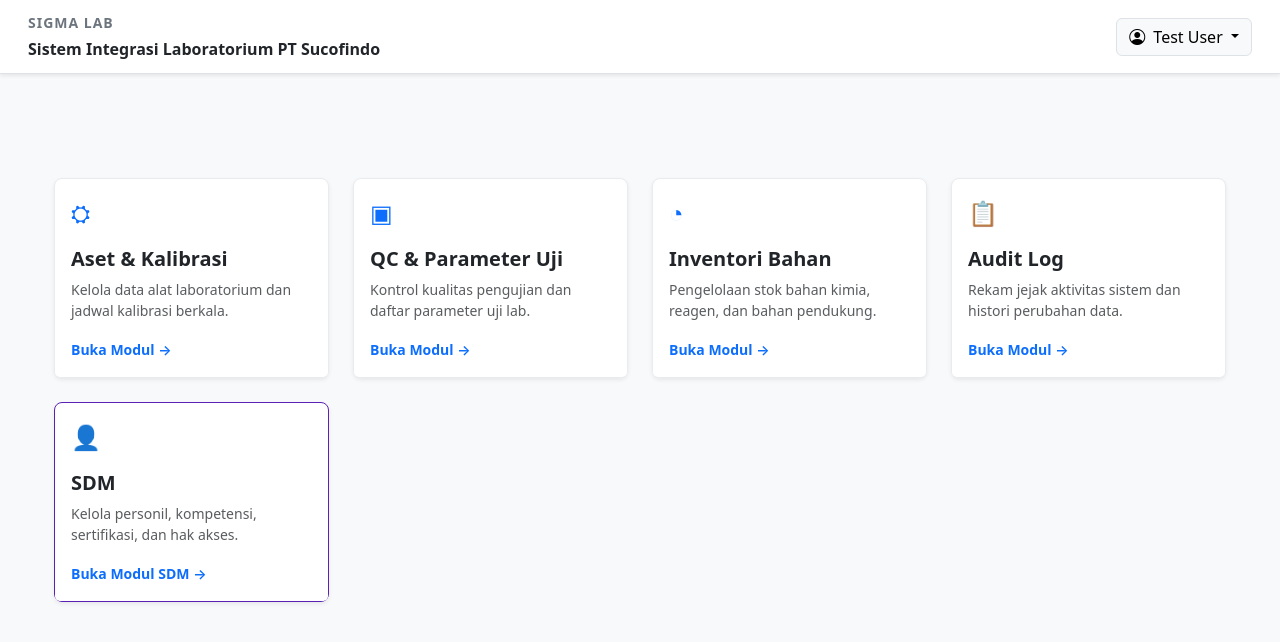
Repository: amelianeesa/sigmalab
Page: http://localhost/dashboard
These files come from the project's save history. The page is drawn as it stood at one moment and after the next save; the edit follows.
The browser window is 1280 px wide. The pictures show the whole page.
The page is served by the project's Laravel application, run on PHP 8.4 with Laravel 12. A made-up administrator, Test User (test@example.com), is signed in. Other server files are loaded and not shown.

Above is the page before, as saved 2026-08-06 11:49:31.

### routes/web.php
<?php

use Illuminate\Support\Facades\Route;
use App\Http\Controllers\AuthController;
use App\Http\Controllers\SdmController;

Route::get('/', [AuthController::class, 'showLogin']);
Route::get('/login', [AuthController::class, 'showLogin'])->name('login');
Route::post('/login', [AuthController::class, 'processLogin'])->name('login.process');

Route::get('/register', [AuthController::class, 'showRegister'])->name('register');
Route::post('/register', [AuthController::class, 'processRegister'])->name('register.process');

Route::post('/logout', [AuthController::class, 'logout'])->name('logout');

Route::middleware(['auth'])->group(function () {

    Route::get('/dashboard', function () {
        return view('dashboard-index');
    })->name('dashboard');

    Route::get('/sdm', [SdmController::class, 'index'])->name('sdm.index');
    Route::get('/sdm/create', [SdmController::class, 'create'])->name('sdm.create');
    Route::post('/sdm', [SdmController::class, 'store'])->name('sdm.store');
    Route::get('/sdm/{id}/edit', [SdmController::class, 'edit'])->name('sdm.edit');
    Route::put('/sdm/{id}', [SdmController::class, 'update'])->name('sdm.update');
    Route::delete('/sdm/{id}', [SdmController::class, 'destroy'])->name('sdm.destroy');
    Route::patch('/sdm/{id}/aktifkan', [SdmController::class, 'activate'])->name('sdm.activate');
    Route::delete('/sdm/{id}/permanen', [SdmController::class, 'forceDestroy'])->name('sdm.force-destroy');

    Route::get('/sdm/{id}/kompetensi', [SdmController::class, 'kompetensiDetail'])->name('sdm.kompetensi.detail');
    Route::post('/sdm/{id}/kompetensi', [SdmController::class, 'storeKompetensi'])->name('sdm.kompetensi.store');
    Route::put('/sdm/{id}/kompetensi/{kompetensiId}', [SdmController::class, 'updateKompetensi'])->name('sdm.kompetensi.update');
    Route::delete('/sdm/{id}/kompetensi/{kompetensiId}', [SdmController::class, 'destroyKompetensi'])->name('sdm.kompetensi.destroy');
    Route::get('/sdm/{id}/cv', [SdmController::class, 'showCv'])->name('sdm.cv');
});

### app/Models/User.php
<?php

namespace App\Models;

use Illuminate\Database\Eloquent\Factories\HasFactory;
use Illuminate\Foundation\Auth\User as Authenticatable;
use Illuminate\Notifications\Notifiable;

class User extends Authenticatable
{
    use HasFactory, Notifiable;

    protected $table = 'users';
    protected $primaryKey = 'users_id';

    protected $fillable = [
        'personil_id',
        'username',
        'email',
        'password',
        'role_id',
        'status_aktif',
    ];

    protected $hidden = [
        'password',
    ];

    public function personil()
    {
        return $this->belongsTo(Personil::class, 'personil_id', 'personil_id');
    }

    public function role()
    {
        return $this->belongsTo(Role::class, 'role_id', 'roles_id');
    }
}

### resources/views/dashboard-index.blade.php
@extends('layouts.app')

@section('content')
<div class="container-fluid px-4 py-4">


    <!-- Modul Tiles -->
    <div class="row g-4">

        <!-- Aset & Kalibrasi -->
        <div class="col-12 col-sm-6 col-md-4 col-lg-3">
            <a href="#" class="text-decoration-none">
                <div class="card h-100 shadow-sm rounded-3 border border-light-subtle transition-card">
                    <div class="card-body">
                        <div class="mb-3 text-primary" style="font-size:24px">⛭</div>
                        <h5 class="fw-bold text-dark mb-2">Aset & Kalibrasi</h5>
                        <p class="text-muted small mb-0">Kelola data alat laboratorium dan jadwal kalibrasi berkala.</p>
                    </div>
                    <div class="card-footer bg-white border-0 pt-0 pb-3">
                        <span class="text-primary small fw-semibold">Buka Modul &rarr;</span>
                    </div>
                </div>
            </a>
        </div>

        <!-- QC & Parameter Uji -->
        <div class="col-12 col-sm-6 col-md-4 col-lg-3">
            <a href="#" class="text-decoration-none">
                <div class="card h-100 shadow-sm rounded-3 border border-light-subtle transition-card">
                    <div class="card-body">
                        <div class="mb-3 text-primary" style="font-size:24px">▣</div>
                        <h5 class="fw-bold text-dark mb-2">QC & Parameter Uji</h5>
                        <p class="text-muted small mb-0">Kontrol kualitas pengujian dan daftar parameter uji lab.</p>
                    </div>
                    <div class="card-footer bg-white border-0 pt-0 pb-3">
                        <span class="text-primary small fw-semibold">Buka Modul &rarr;</span>
                    </div>
                </div>
            </a>
        </div>

        <!-- Inventori Bahan -->
        <div class="col-12 col-sm-6 col-md-4 col-lg-3">
            <a href="#" class="text-decoration-none">
                <div class="card h-100 shadow-sm rounded-3 border border-light-subtle transition-card">
                    <div class="card-body">
                        <div class="mb-3 text-primary" style="font-size:24px">◔</div>
                        <h5 class="fw-bold text-dark mb-2">Inventori Bahan</h5>
                        <p class="text-muted small mb-0">Pengelolaan stok bahan kimia, reagen, dan bahan pendukung.</p>
                    </div>
                    <div class="card-footer bg-white border-0 pt-0 pb-3">
                        <span class="text-primary small fw-semibold">Buka Modul &rarr;</span>
                    </div>
                </div>
            </a>
        </div>

        <!-- Audit Log -->
        <div class="col-12 col-sm-6 col-md-4 col-lg-3">
            <a href="#" class="text-decoration-none">
                <div class="card h-100 shadow-sm rounded-3 border border-light-subtle transition-card">
                    <div class="card-body">
                        <div class="mb-3 text-primary" style="font-size:24px">📋</div>
                        <h5 class="fw-bold text-dark mb-2">Audit Log</h5>
                        <p class="text-muted small mb-0">Rekam jejak aktivitas sistem dan histori perubahan data.</p>
                    </div>
                    <div class="card-footer bg-white border-0 pt-0 pb-3">
                        <span class="text-primary small fw-semibold">Buka Modul &rarr;</span>
                    </div>
                </div>
            </a>
        </div>

        <!-- SDM Tile: align with other tiles -->
        <div class="col-12 col-sm-6 col-md-4 col-lg-3">
            <a href="{{ route('sdm.index') }}" class="text-decoration-none">
                <div class="card h-100 shadow-sm rounded-3 border transition-card sdm-highlight" style="border-color:#5b21b6;">
                    <div class="card-body">
                        <div class="mb-3" style="font-size:24px;color:#5b21b6;">👤</div>
                        <h5 class="fw-bold text-dark mb-2" style="color:#4c1d95;">SDM</h5>
                        <p class="text-muted small mb-0">Kelola personil, kompetensi, sertifikasi, dan hak akses.</p>
                    </div>
                    <div class="card-footer bg-white border-0 pt-0 pb-3">
                        <span class="text-primary small fw-semibold">Buka Modul SDM &rarr;</span>
                    </div>
                </div>
            </a>
        </div>

    </div>

</div>

<!-- Tambahan sedikit CSS untuk efek transisi card yang halus -->
<style>
    .transition-card {
        transition: transform 0.2s ease, box-shadow 0.2s ease;
    }
    .transition-card:hover {
        transform: translateY(-3px);
        box-shadow: 0 .5rem 1rem rgba(0,0,0,.08) !important;
    }
</style>
@endsection

### resources/views/layouts/app.blade.php
<!DOCTYPE html>
<html lang="id">

<head>
    <meta charset="UTF-8">
    <title>Dashboard - SIGMALAB Sucofindo</title>
    <link href="https://cdn.jsdelivr.net/npm/bootstrap@5.3.0/dist/css/bootstrap.min.css" rel="stylesheet">
    <link href="https://cdn.jsdelivr.net/npm/bootstrap-icons@1.10.5/font/bootstrap-icons.css" rel="stylesheet">
    <style>
        body {
            background-color: #f8f9fa;
        }

        #content {
            margin-left: 0;
            padding: 30px;
            padding-top: 80px; /* ensure content sits below sticky navbar */
        }

        .top-navbar {
            background: #fff;
            padding: 12px 28px;
            border-bottom: 1px solid #dee2e6;
            margin-left: 0;
            display: flex;
            justify-content: space-between;
            align-items: center;
            position: sticky;
            top: 0;
            z-index: 1020;
            min-height: 64px;
        }

        /* Prevent long/unexpected text from breaking header layout */
        .top-navbar .dropdown button {
            max-width: 220px;
            overflow: hidden;
            text-overflow: ellipsis;
            white-space: nowrap;
        }

        /* Make cards in dashboard more consistent and avoid overflow */
        .card.h-100 .card-body { min-height: 120px; }
        .card .card-body p { word-break: break-word; }
        /* Module card utilities */
        .module-card { transition: transform .12s ease, box-shadow .12s ease, border-color .12s ease; }
        .module-card:hover { transform: translateY(-4px); box-shadow: 0 12px 30px rgba(15,35,59,.08); }
        .sdm-highlight { border-color: #5b21b6 !important; }
    </style>
</head>

<body>
    <!-- Sidebar removed: content now full-width -->

    <div class="top-navbar shadow-sm">
        <div>
            <span class="text-uppercase text-secondary fs-7 fw-bold d-block mb-1" style="font-size: 14px; letter-spacing: 1px;">SIGMA LAB</span>
            <div class="mb-0 fw-bold">Sistem Integrasi Laboratorium PT Sucofindo</div>
        </div>
        <div class="dropdown">
            <button class="btn btn-light dropdown-toggle border" type="button" data-bs-toggle="dropdown" title="Profil">
                <i class="bi bi-person-circle me-1"></i> {{ Auth::user()->name ?? Auth::user()->username ?? 'Pengguna' }}
            </button>
            <ul class="dropdown-menu dropdown-menu-end">
                <li>
                    <form action="{{ route('logout') }}" method="POST">
                        @csrf
                        <button type="submit" class="dropdown-item text-danger"><i
                                class="bi bi-box-arrow-right me-2"></i> Logout</button>
                    </form>
                </li>
            </ul>
        </div>
    </div>

    <div id="content">
        @yield('content')
    </div>

    <script src="https://cdn.jsdelivr.net/npm/bootstrap@5.3.0/dist/js/bootstrap.bundle.min.js"></script>
</body>

</html>

After the next save:
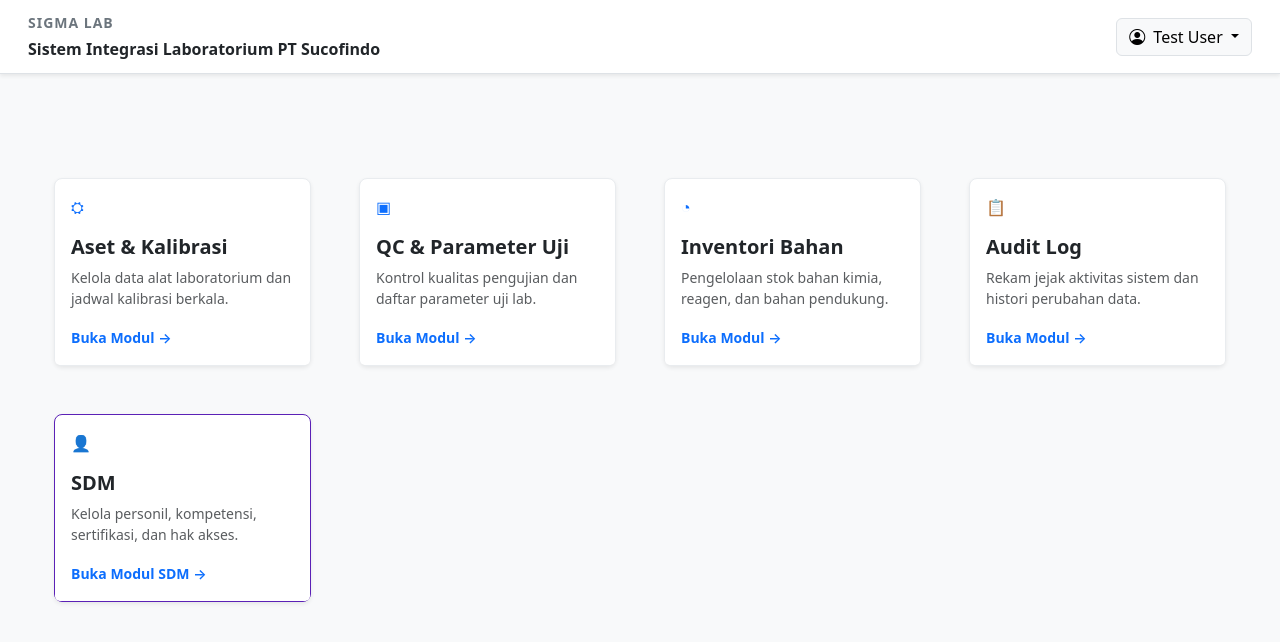
Saved 86 s later.
--- a/resources/views/dashboard-index.blade.php
+++ b/resources/views/dashboard-index.blade.php
@@ -5,14 +5,14 @@
 
 
     <!-- Modul Tiles -->
-    <div class="row g-4">
+    <div class="row g-5">
 
         <!-- Aset & Kalibrasi -->
         <div class="col-12 col-sm-6 col-md-4 col-lg-3">
             <a href="#" class="text-decoration-none">
                 <div class="card h-100 shadow-sm rounded-3 border border-light-subtle transition-card">
                     <div class="card-body">
-                        <div class="mb-3 text-primary" style="font-size:24px">⛭</div>
+                        <div class="mb-3 module-icon text-primary">⛭</div>
                         <h5 class="fw-bold text-dark mb-2">Aset & Kalibrasi</h5>
                         <p class="text-muted small mb-0">Kelola data alat laboratorium dan jadwal kalibrasi berkala.</p>
                     </div>
@@ -28,7 +28,7 @@
             <a href="#" class="text-decoration-none">
                 <div class="card h-100 shadow-sm rounded-3 border border-light-subtle transition-card">
                     <div class="card-body">
-                        <div class="mb-3 text-primary" style="font-size:24px">▣</div>
+                        <div class="mb-3 module-icon text-primary">▣</div>
                         <h5 class="fw-bold text-dark mb-2">QC & Parameter Uji</h5>
                         <p class="text-muted small mb-0">Kontrol kualitas pengujian dan daftar parameter uji lab.</p>
                     </div>
@@ -44,7 +44,7 @@
             <a href="#" class="text-decoration-none">
                 <div class="card h-100 shadow-sm rounded-3 border border-light-subtle transition-card">
                     <div class="card-body">
-                        <div class="mb-3 text-primary" style="font-size:24px">◔</div>
+                        <div class="mb-3 module-icon text-primary">◔</div>
                         <h5 class="fw-bold text-dark mb-2">Inventori Bahan</h5>
                         <p class="text-muted small mb-0">Pengelolaan stok bahan kimia, reagen, dan bahan pendukung.</p>
                     </div>
@@ -60,7 +60,7 @@
             <a href="#" class="text-decoration-none">
                 <div class="card h-100 shadow-sm rounded-3 border border-light-subtle transition-card">
                     <div class="card-body">
-                        <div class="mb-3 text-primary" style="font-size:24px">📋</div>
+                        <div class="mb-3 module-icon text-primary">📋</div>
                         <h5 class="fw-bold text-dark mb-2">Audit Log</h5>
                         <p class="text-muted small mb-0">Rekam jejak aktivitas sistem dan histori perubahan data.</p>
                     </div>
@@ -76,7 +76,7 @@
             <a href="{{ route('sdm.index') }}" class="text-decoration-none">
                 <div class="card h-100 shadow-sm rounded-3 border transition-card sdm-highlight" style="border-color:#5b21b6;">
                     <div class="card-body">
-                        <div class="mb-3" style="font-size:24px;color:#5b21b6;">👤</div>
+                        <div class="mb-3 module-icon sdm-icon" style="color:#5b21b6;">👤</div>
                         <h5 class="fw-bold text-dark mb-2" style="color:#4c1d95;">SDM</h5>
                         <p class="text-muted small mb-0">Kelola personil, kompetensi, sertifikasi, dan hak akses.</p>
                     </div>
